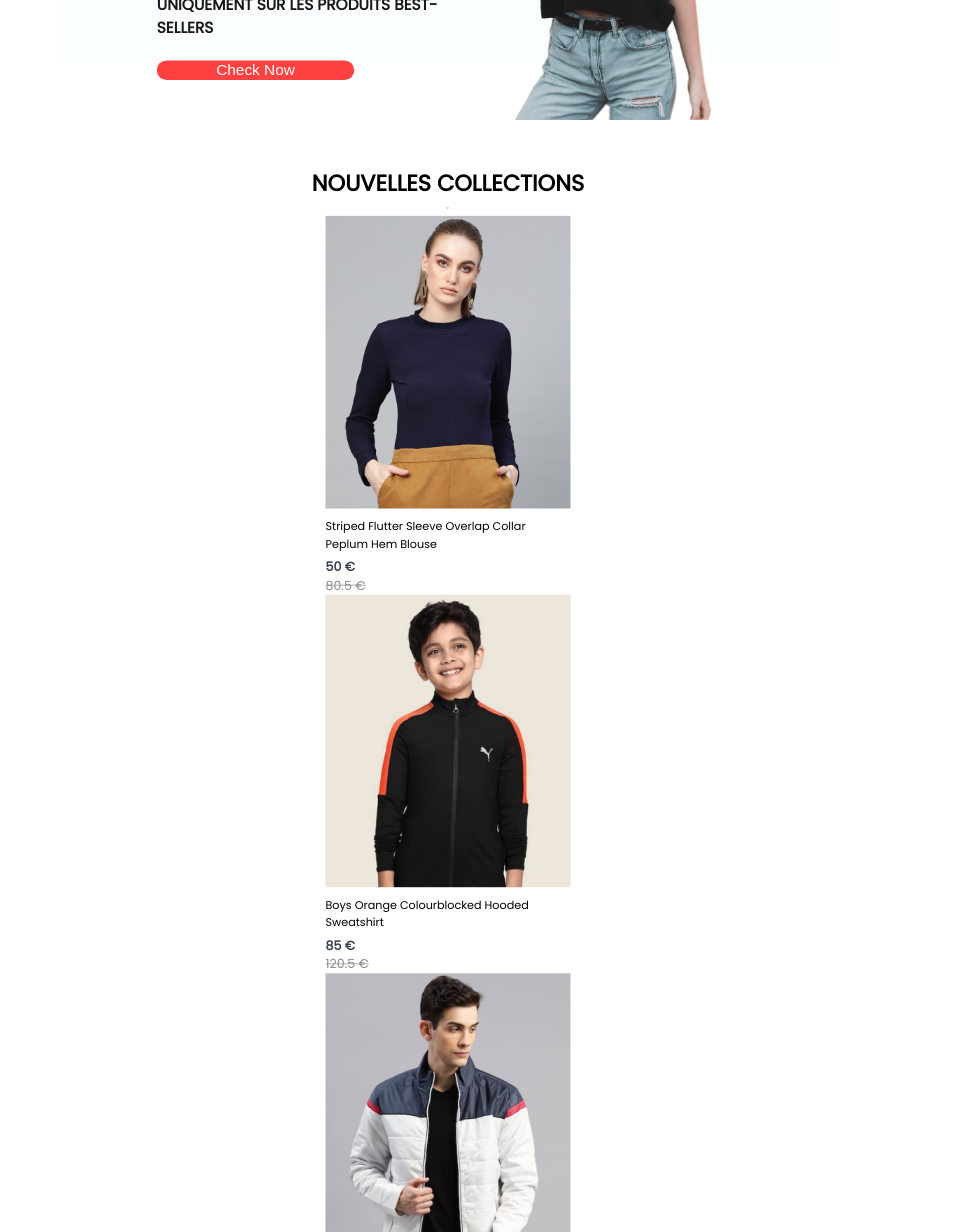
Repository: Flora-J/frontend
Page: /
The author's editor kept a copy of each file at every save. The page is drawn from the files as they stood at one save, then again after a run of saves.
The browser window is 1280 px wide. The page is 1385 px wide, so the pictures cover 1385 px, including what lies to the right of the window. The pictures show the part of the page from y = 1808 to 3568 px (the page is 6445 px tall before and 6472 px after), at 70% of full size.
The project was rebuilt for these pictures with package versions that can differ from the ones it lists, and the page was loaded fresh each time. Also part of the build but not shown: src/App.css, src/pages/ShopCategory.jsx, src/pages/Product.jsx, src/pages/Cart.jsx, src/pages/LoginSignup.jsx.

Above is the page before, as saved 2023-11-24 11:38:52.

### src/components/Navbar/Navbar.jsx
import React, { useState } from "react";
import "./Navbar.css";
import logo from "../../assets/logo.png";
import cart_icon from "../../assets/cart_icon.png";
import { Link } from "react-router-dom";

const Navbar = () => {
  const [menu, setMenu] = useState("shop");
  return (
    <div className="navbar">
      <div className="nav-logo">
        <img src={logo} alt="" />
        <p>SHOPPER</p>
      </div>
      <ul className="nav-menu">
        <li
          onClick={() => {
            setMenu("shop");
          }}
        >
          <Link style={{ textDecoration: "none" }} to="/">
            Shop
          </Link>
          {menu === "shop" ? <hr /> : <></>}
        </li>
        <li
          onClick={() => {
            setMenu("mens");
          }}
        >
          <Link style={{ textDecoration: "none" }} to="/mens">
            Hommes
          </Link>
          {menu === "mens" ? <hr /> : <></>}
        </li>
        <li
          onClick={() => {
            setMenu("womens");
          }}
        >
          <Link style={{ textDecoration: "none" }} to="/womens">
            Femmes
          </Link>
          {menu === "womens" ? <hr /> : <></>}
        </li>
        <li
          onClick={() => {
            setMenu("kids");
          }}
        >
          <Link style={{ textDecoration: "none" }} to="/kids">
            Enfants
          </Link>
          {menu === "kids" ? <hr /> : <></>}
        </li>
      </ul>
      <div className="nav-login-cart">
        <Link to="/login">
          <button>Login</button>
        </Link>
        <Link to="/cart">
          <img src={cart_icon} alt="" />
        </Link>
        <div className="nav-cart-count">0</div>
      </div>
    </div>
  );
};

export default Navbar;

### src/pages/Shop.jsx
import React from "react";
import Hero from "../components/Hero/Hero";
import Popular from "../components/Popular/Popular";
import Offers from "../components/Offers/Offers";
import NewCollections from "../components/NewCollections/NewCollections";

const Shop = () => {
  return (
    <div>
      <Hero />
      <Popular />
      <Offers />
      <NewCollections />
    </div>
  );
};

export default Shop;

### src/components/Navbar/Navbar.css
.navbar {
  display: flex;
  justify-content: space-around;
  padding: 16px;
  box-shadow: 0 1px 3px -2px black;
}

.nav-logo {
  display: flex;
  align-items: center;
  gap: 10px;
}

.nav-logo p {
  color: #171717;
  font-size: 38px;
  font-weight: 600;
}

.nav-menu {
  display: flex;
  align-items: center;
  list-style: none;
  gap: 50px;
  color: #626262;
  font-size: 20px;
  font-weight: 500;
}

.nav-menu li {
  display: flex;
  flex-direction: column;
  align-items: center;
  justify-content: center;
  gap: 3px;
  cursor: pointer;
}

.nav-menu hr {
  border: none;
  width: 80%;
  height: 3px;
  border-radius: 10px;
  background: #FF4141;
}

.nav-login-cart {
  display: flex;
  align-items: center;
  gap: 45px;
}

.nav-login-cart button {
  width: 157px;
  height: 58px;
  outline: none;
  border: 1px solid #7a7a7a;
  border-radius: 75px;
  color: #515151;
  font-size: 20px;
  font-weight: 500;
  background: white;
  cursor: pointer;
}

.nav-login-cart button:active {
  background: #f3f3f3;
}

.nav-cart-count {
  width: 22px;
  height: 22px;
  display: flex;
  justify-content: center;
  align-items: center;
  margin-top: -35px;
  margin-left: -55px;
  border-radius: 11px;
  font-size: 14px;
  background: red;
  color: white;
}

### src/components/Hero/Hero.jsx
import React from "react";
import "./Hero.css";
import hand_icon from "../../assets/hand_icon.png";
import arrow_icon from "../../assets/arrow.png";
import hero_image from "../../assets/hero_image.png";

const Hero = () => {
  return (
    <div className="hero">
      <div className="hero-left">
        <h2>NOUVEAUTÉS UNIQUEMENT</h2>
        <div>
          <div className="hero-hand-icon">
            <p>Nouvelle</p>
            <img src={hand_icon} alt="" />
          </div>
          <p>collections</p>
          <p>pour tout le monde</p>
        </div>
        <div className="hero-latest-btn">
          <div>Dernière collection</div>
          <img src={arrow_icon} alt="" />
        </div>
      </div>
      <div className="hero-right">
        <img src={hero_image} alt="" />
      </div>
    </div>
  );
};

export default Hero;

### src/components/Popular/Popular.jsx
import React from "react";
import Item from "../Item/Item";
import data_product from "../../data/data";
import "./Popular.css";

const Popular = () => {
  return (
    <div className="popular">
      <h1>POPULAIRE CHEZ LES FEMMES</h1>
      <hr />
      <div className="popular-item">
        {data_product.map((item, i) => {
          return (
            <Item
              key={i}
              id={item.id}
              name={item.name}
              image={item.image}
              new_price={item.new_price}
              old_price={item.old_price}
            />
          );
        })}
      </div>
    </div>
  );
};

export default Popular;

### src/components/Offers/Offers.jsx
import React from "react";
import "./Offers.css";
import exclusive_image from "../../assets/exclusive_image.png";

const Offers = () => {
  return (
    <div className="offers">
      <div className="offers-left">
        <h1>Exclusive</h1>
        <h1>Offres Pour Vous</h1>
        <p>UNIQUEMENT SUR LES PRODUITS BEST-SELLERS</p>
        <button>Check Now</button>
      </div>
      <div className="offers-right">
        <img src={exclusive_image} alt="" />
      </div>
    </div>
  );
};

export default Offers;

### src/components/NewCollections/NewCollections.jsx
import React from "react";
import "./NewCollections.css";
import new_collection from "../../data/new_collections";
import Item from "../Item/Item";

const NewCollections = () => {
  return (
    <div className="new-collections">
      <h1>NOUVELLES COLLECTIONS</h1>
      <hr />
      <div className="collections">
        {new_collection.map((item, i) => {
          return (
            <Item
              key={i}
              id={item.id}
              name={item.name}
              image={item.image}
              new_price={item.new_price}
              old_price={item.old_price}
            />
          );
        })}
      </div>
    </div>
  );
};

export default NewCollections;

### src/components/Hero/Hero.css
.hero {
  height: 100vh;
  background: linear-gradient(180deg, #fde1ff, #e1ffea22 60%);
  display: flex;
}

.hero-left {
  flex: 1;
  display: flex;
  flex-direction: column;
  justify-content: center;
  gap: 20px;
  padding-left: 180px;
  line-height: 1.1;
}

.hero-left h2 {
  color: #090909;
  font-size: 26px;
  font-weight: 600;
}

.hero-left p {
  color: #171717;
  font-size: 100px;
  font-weight: 700;
}

.hero-hand-icon {
  display: flex;
  align-items: center;
  gap: 20px;
}

.hero-hand-icon img {
  width: 105px;
}

.hero-latest-btn {
  display: flex;
  justify-content: center;
  align-items: center;
  gap: 15px;
  width: 310px;
  height: 70px;
  border-radius: 75px;
  margin-top: 30px;
  background: #ff4141;
  color: white;
  font-size: 22px;
  font-weight: 500;
}

.hero-right {
  flex: 1;
  display: flex;
  align-items: center;
  justify-content: center;
}

### src/components/Item/Item.jsx
import React from "react";
import "./Item.css";

const Item = (props) => {
  return (
    <div className="item">
      <img src={props.image} alt="" />
      <p>{props.name}</p>
      <div className="item-prices">
        <div className="item-price-new">{props.new_price} €</div>
        <div className="item-price-old">{props.old_price} €</div>
      </div>
    </div>
  );
};

export default Item;

### src/data/data.js
import p1_img from "../assets/product_1.png";
import p2_img from "../assets/product_2.png";
import p3_img from "../assets/product_3.png";
import p4_img from "../assets/product_4.png";

let data_product = [
  {
    id: 1,
    name: "Striped Flutter Sleeve Overlap Collar Peplum Hem Blouse",
    image: p1_img,
    new_price: 50.0,
    old_price: 80.5,
  },
  {
    id: 2,
    name: "Striped Flutter Sleeve Overlap Collar Peplum Hem Blouse",
    image: p2_img,
    new_price: 85.0,
    old_price: 120.5,
  },
  {
    id: 3,
    name: "Striped Flutter Sleeve Overlap Collar Peplum Hem Blouse",
    image: p3_img,
    new_price: 60.0,
    old_price: 100.5,
  },
  {
    id: 4,
    name: "Striped Flutter Sleeve Overlap Collar Peplum Hem Blouse",
    image: p4_img,
    new_price: 100.0,
    old_price: 150.0,
  },
];

export default data_product;

### src/components/Popular/Popular.css
.popular {
  display: flex;
  flex-direction: column;
  align-items: center;
  gap: 10px;
  height: 90vh;
}

.popular h1 {
  color: #171717;
  font-size: 50px;
  font-weight: 600;
}

.popular hr {
  width: 200px;
  height: 6px;
  border-radius: 10px;
  background: #252525;
}

.popular-item {
  margin-top: 50px;
  display: flex;
  gap: 30px;
}

### src/components/Offers/Offers.css
.offers {
  width: 65%;
  height: 60vh;
  display: flex;
  margin: auto;
  padding: 0px 140px;
  margin-bottom: 150px;
  background: linear-gradient(180deg, #fde1ff 0%, #e1ffea22 60%);
}

.offers-left {
  flex: 1;
  display: flex;
  flex-direction: column;
  justify-content: center;
}

.offers-left h1 {
  color: #171717;
  font-size: 80px;
  font-weight: 600;
}

.offers-left p {
  color: #171717;
  font-size: 22px;
  font-weight: 600;
}

.offers-left button {
  width: 282px;
  height: 70px;
  border-radius: 35px;
  background: #ff4141;
  border: none;
  color: white;
  font-size: 22px;
  font-weight: 500;
  margin-top: 30px;
  cursor: pointer;
}

.offers-right {
  flex: 1;
  display: flex;
  align-items: center;
  justify-content: flex-end;
  padding-top: 50px;
}

### src/components/NewCollections/NewCollections.css
.collections {}

.new-collections {
  display: flex;
  flex-direction: column;
  align-items: center;
  gap: 10px;
  height: 90vh;
}

.popular h1 {
  color: #171717;
  font-size: 50px;
  font-weight: 600;
}

.popular hr {
  width: 200px;
  height: 6px;
  border-radius: 10px;
  background: #252525;
}

.popular-item {
  margin-top: 50px;
  display: flex;
  gap: 30px;
}

### src/data/new_collections.js
import p1_img from "../assets/product_12.png";
import p2_img from "../assets/product_35.png";
import p3_img from "../assets/product_14.png";
import p4_img from "../assets/product_8.png";
import p5_img from "../assets/product_15.png";
import p6_img from "../assets/product_2.png";
import p7_img from "../assets/product_17.png";
import p8_img from "../assets/product_28.png";

let new_collections = [
  {
    id: 12,
    name: "Striped Flutter Sleeve Overlap Collar Peplum Hem Blouse",
    image: p1_img,
    new_price: 50.0,
    old_price: 80.5,
  },
  {
    id: 35,
    name: "Boys Orange Colourblocked Hooded Sweatshirt",
    image: p2_img,
    new_price: 85.0,
    old_price: 120.5,
  },
  {
    id: 14,
    name: "Men Green Solid Zippered Full-Zip Slim Fit Bomber Jacket",
    image: p3_img,
    new_price: 60.0,
    old_price: 100.5,
  },
  {
    id: 8,
    name: "Striped Flutter Sleeve Overlap Collar Peplum Hem Blouse",
    image: p4_img,
    new_price: 100.0,
    old_price: 150.0,
  },
  {
    id: 15,
    name: "Men Green Solid Zippered Full-Zip Slim Fit Bomber Jacket",
    image: p5_img,
    new_price: 50.0,
    old_price: 80.5,
  },
  {
    id: 2,
    name: "Striped Flutter Sleeve Overlap Collar Peplum Hem Blouse",
    image: p6_img,
    new_price: 85.0,
    old_price: 120.5,
  },
  {
    id: 17,
    name: "Men Green Solid Zippered Full-Zip Slim Fit Bomber Jacket",
    image: p7_img,
    new_price: 60.0,
    old_price: 100.5,
  },
  {
    id: 28,
    name: "Boys Orange Colourblocked Hooded Sweatshirt",
    image: p8_img,
    new_price: 100.0,
    old_price: 150.0,
  },
];

export default new_collections;

### src/components/Item/Item.css
.item {
  width: 350px;
}

.item p {
  margin: 6px 0px;
}

.items-prices {
  display: flex;
  gap: 20px;
}

.item-price-new {
  color: #374151;
  font-size: 18px;
  font-weight: 600;
}

.item-price-old {
  color: #8C8C8C;
  font-size: 18px;
  font-weight: 500;
  text-decoration: line-through;
}

.item:hover {
  transform: scale(1.05);
  transition: 0.6s;
}

Loaded but not shown: public/index.html (common file); src/index.js (common file); src/index.css (common file); src/App.js (common file); src/reportWebVitals.js (common file)

After the next 3 saves:
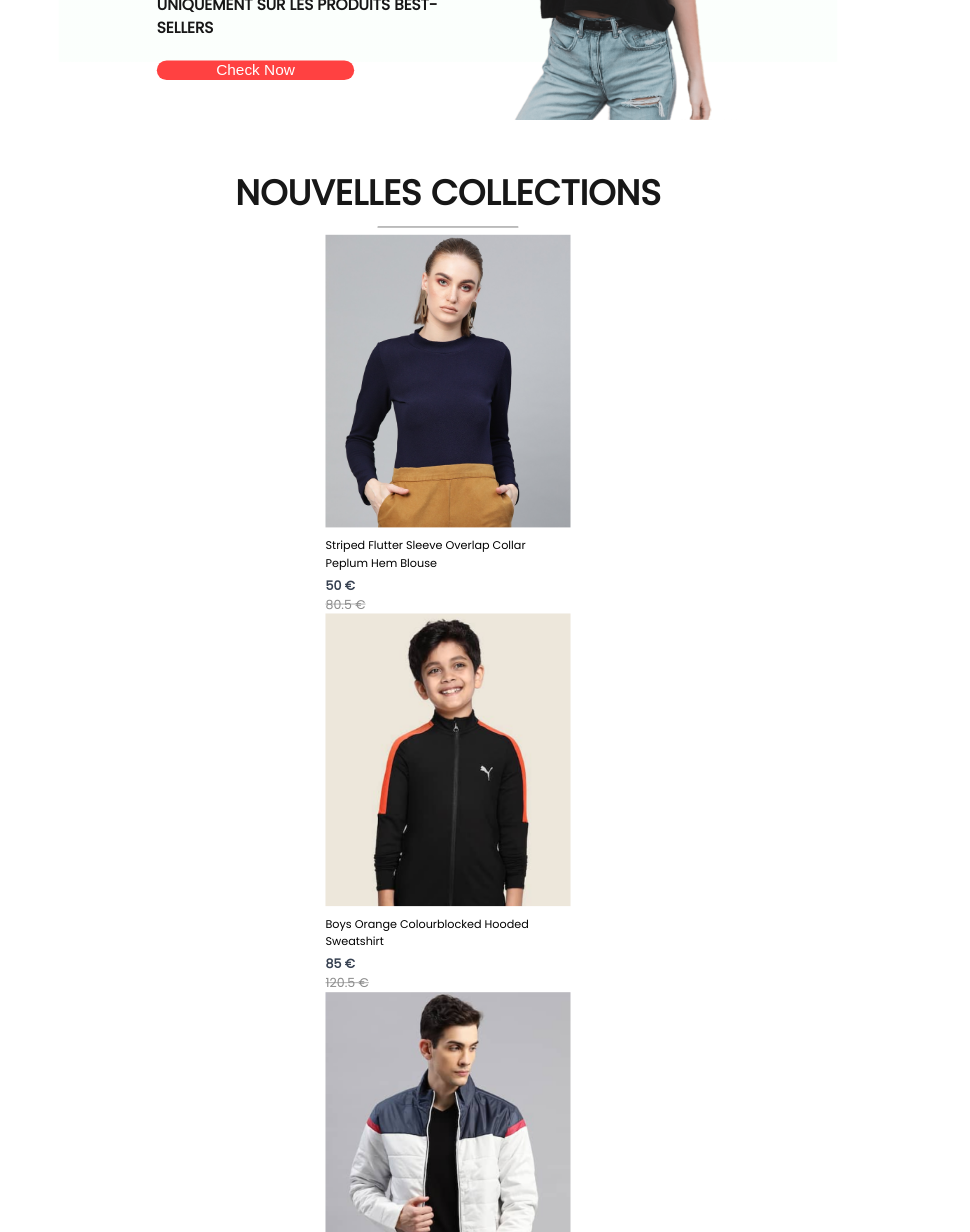
The 3 saves are shown as one change because they came seconds apart.
The last was saved 47 s later.
--- a/src/components/NewCollections/NewCollections.css
+++ b/src/components/NewCollections/NewCollections.css
@@ -8,20 +8,20 @@
   height: 90vh;
 }
 
-.popular h1 {
+.new-collections h1 {
   color: #171717;
   font-size: 50px;
   font-weight: 600;
 }
 
-.popular hr {
+.new-collections hr {
   width: 200px;
   height: 6px;
   border-radius: 10px;
   background: #252525;
 }
 
-.popular-item {
+.new-collections-item {
   margin-top: 50px;
   display: flex;
   gap: 30px;
